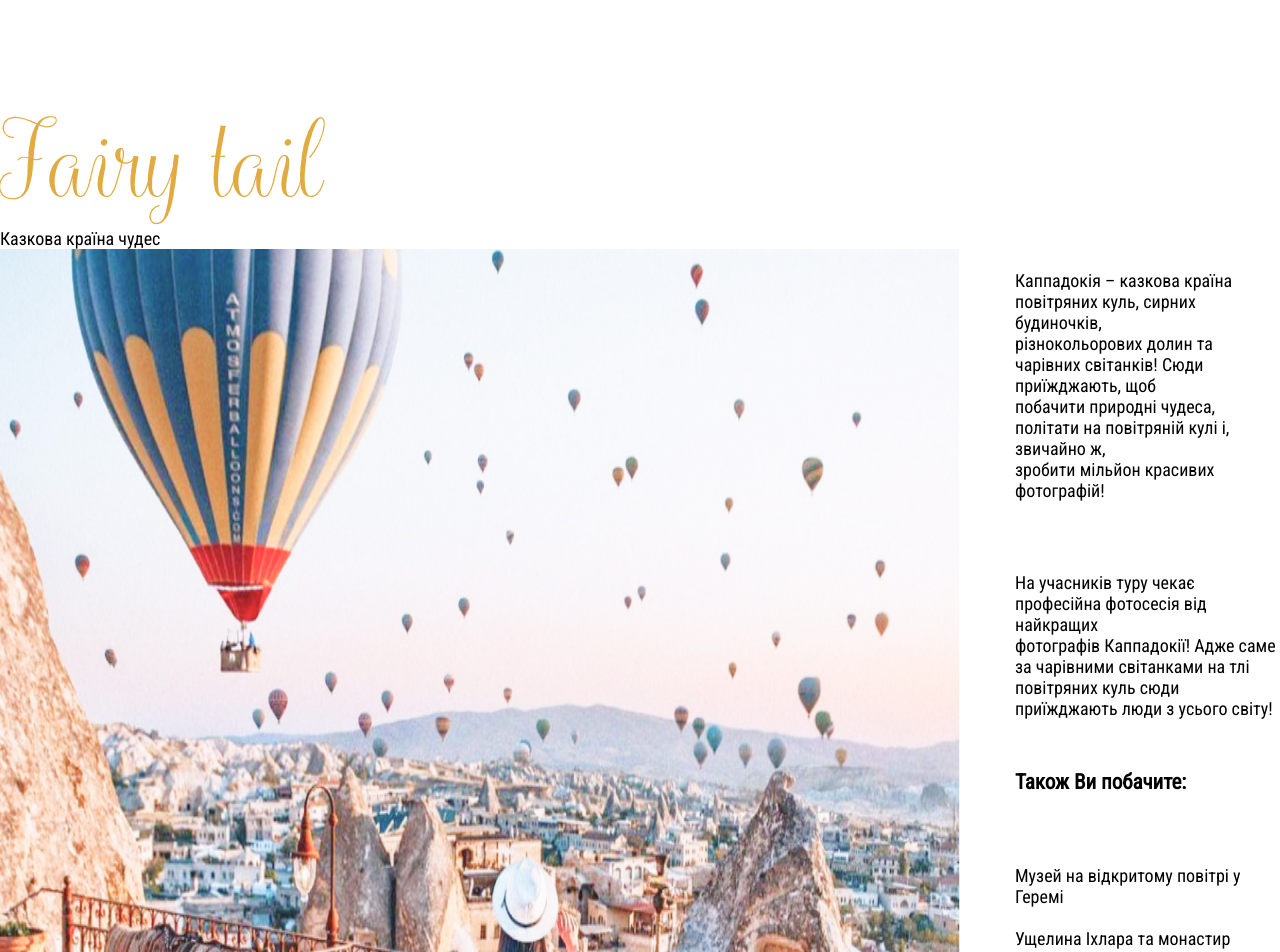
Repository: KYUUBI-K/cappadocia
Page: index.html
These files come from the project's save history. The page is drawn as it stood at one moment and after the next save; the edit follows.
The browser window is 1280 px wide. The pictures show the part of the page from y = 820 to 1772 px (the page is 2163 px tall before and 1913 px after).

Above is the page before, as saved 2025-08-17 19:05:08.

### index.html
<!DOCTYPE html>
<html lang="en">
  <head>
    <meta charset="UTF-8" />
    <meta name="viewport" content="width=device-width, initial-scale=1.0" />
    <title>Cappadocia</title>
    <link rel="stylesheet" href="./styles.css" />
  </head>
  <body>
    <header class="header">
      <nav class="header-menu">
        <ul class="header-menu-list">
          <li class="header-menu-item">
            <a class="header-menu-link" href="#route">Маршрут</a>
          </li>
          <li class="header-menu-item">
            <a class="header-menu-link" href="#hotel">Готель</a>
          </li>
          <li class="header-menu-item">
            <a class="header-menu-link" href="#price">Вартість</a>
          </li>
        </ul>
        <div class="telephone">
          <svg
            class="phone-icon"
            width="30"
            height="30"
            viewBox="0 0 30 30"
            fill="none"
            xmlns="http://www.w3.org/2000/svg"
          >
            <g clip-path="url(#clip0_31_0)">
              <path
                d="M23.7091 18.5839C23.0949 17.9444 22.3541 17.6025 21.569 17.6025C20.7902 17.6025 20.0431 17.9381 19.4036 18.5776L17.4027 20.5721C17.2381 20.4835 17.0735 20.4011 16.9152 20.3188C16.6873 20.2049 16.472 20.0972 16.2884 19.9832C14.4142 18.7929 12.7109 17.2416 11.0774 15.2345C10.2859 14.2341 9.75404 13.3919 9.36781 12.5372C9.88701 12.0623 10.3682 11.5684 10.8368 11.0935C11.0141 10.9162 11.1913 10.7326 11.3686 10.5553C12.6983 9.22568 12.6983 7.50346 11.3686 6.1738L9.64007 4.44525C9.44379 4.24896 9.24117 4.04635 9.05122 3.84373C8.67132 3.45117 8.27242 3.04594 7.86086 2.66604C7.24669 2.05819 6.51221 1.73528 5.73974 1.73528C4.96727 1.73528 4.22013 2.05819 3.58696 2.66604C3.58063 2.67237 3.58063 2.67237 3.5743 2.6787L1.42152 4.85047C0.61106 5.66093 0.148846 6.64868 0.0475384 7.79472C-0.104423 9.64358 0.440104 11.3658 0.857997 12.4928C1.88373 15.2598 3.41601 17.8241 5.70175 20.5721C8.47504 23.8836 11.8118 26.4986 15.6235 28.3411C17.0798 29.0313 19.0237 29.848 21.1954 29.9873C21.3284 29.9937 21.4677 30 21.5943 30C23.057 30 24.2853 29.4745 25.2477 28.4297C25.2541 28.4171 25.2667 28.4107 25.2731 28.3981C25.6023 27.9992 25.9822 27.6383 26.3811 27.252C26.6534 26.9924 26.932 26.7202 27.2042 26.4353C27.8311 25.7831 28.1603 25.0233 28.1603 24.2445C28.1603 23.4594 27.8247 22.7059 27.1852 22.0727L23.7091 18.5839ZM25.9759 25.2512C25.9695 25.2512 25.9695 25.2576 25.9759 25.2512C25.7289 25.5172 25.4757 25.7578 25.2034 26.0237C24.7918 26.4163 24.374 26.8278 23.9814 27.29C23.3419 27.9739 22.5884 28.2968 21.6007 28.2968C21.5057 28.2968 21.4044 28.2968 21.3094 28.2904C19.4289 28.1701 17.6813 27.4357 16.3707 26.8088C12.7869 25.0739 9.64007 22.6109 7.02508 19.4894C4.86597 16.887 3.42234 14.481 2.46625 11.8977C1.8774 10.3211 1.66212 9.09272 1.7571 7.93401C1.82042 7.19321 2.10534 6.57903 2.63087 6.0535L4.78999 3.89439C5.10024 3.60313 5.42949 3.44484 5.75241 3.44484C6.1513 3.44484 6.47422 3.68544 6.67683 3.88806C6.68317 3.89439 6.6895 3.90072 6.69583 3.90705C7.08206 4.26796 7.4493 4.64153 7.83554 5.04043C8.03182 5.24304 8.23443 5.44565 8.43705 5.6546L10.1656 7.38316C10.8368 8.05432 10.8368 8.67482 10.1656 9.34599C9.98198 9.5296 9.8047 9.71322 9.62108 9.89051C9.08921 10.435 8.58268 10.9416 8.03182 11.4354C8.01916 11.4481 8.00649 11.4544 8.00016 11.4671C7.45563 12.0116 7.55694 12.5435 7.67091 12.9044C7.67724 12.9234 7.68358 12.9424 7.68991 12.9614C8.13946 14.0504 8.77263 15.0762 9.73505 16.2982L9.74138 16.3045C11.4889 18.4573 13.3315 20.1352 15.3639 21.4205C15.6235 21.5852 15.8895 21.7181 16.1427 21.8448C16.3707 21.9587 16.586 22.0664 16.7696 22.1804C16.7949 22.193 16.8202 22.212 16.8456 22.2247C17.0608 22.3323 17.2634 22.383 17.4724 22.383C17.9979 22.383 18.3272 22.0537 18.4348 21.9461L20.6003 19.7806C20.8155 19.5654 21.1574 19.3058 21.5563 19.3058C21.9489 19.3058 22.2718 19.5527 22.4681 19.768C22.4744 19.7743 22.4744 19.7743 22.4808 19.7806L25.9695 23.2694C26.6217 23.9152 26.6217 24.5801 25.9759 25.2512Z"
                fill="black"
              />
              <path
                d="M16.2124 7.13621C17.8713 7.41481 19.3782 8.19994 20.5813 9.40296C21.7843 10.606 22.5631 12.1129 22.848 13.7718C22.9176 14.1897 23.2786 14.481 23.6901 14.481C23.7408 14.481 23.7851 14.4747 23.8357 14.4683C24.3043 14.3923 24.6145 13.9491 24.5386 13.4806C24.1966 11.4734 23.2469 9.64357 21.7969 8.19361C20.347 6.74365 18.5171 5.79389 16.51 5.45198C16.0414 5.376 15.6045 5.68625 15.5222 6.14847C15.4399 6.61068 15.7438 7.06023 16.2124 7.13621Z"
                fill="black"
              />
              <path
                d="M29.9654 13.2337C29.4019 9.92851 27.8443 6.92095 25.4509 4.52757C23.0575 2.13418 20.05 0.576584 16.7448 0.0130621C16.2826 -0.0692501 15.8457 0.247335 15.7634 0.70955C15.6874 1.1781 15.9977 1.61498 16.4662 1.6973C19.4168 2.1975 22.1078 3.59681 24.2479 5.73059C26.388 7.87071 27.781 10.5617 28.2812 13.5123C28.3508 13.9302 28.7117 14.2214 29.1233 14.2214C29.1739 14.2214 29.2183 14.2151 29.2689 14.2087C29.7311 14.1391 30.0477 13.6959 29.9654 13.2337Z"
                fill="black"
              />
            </g>
            <defs>
              <clipPath id="clip0_31_0">
                <rect width="30" height="30" fill="white" />
              </clipPath>
            </defs>
          </svg>
          <span class="number-text">+38(066)555-777-6</span>
        </div>
      </nav>
      <div class="main-title">
        <h1 class="main-title-text">Cappadocia</h1>
        <p class="main-subtitle-text">Ексклюзивний тур</p>
      </div>
    </header>

    <section class="about">
      <div class="section-title">
        <h2 class="section-title-text">Fairy tail</h2>
        <p class="section-subtitle-text">Казкова країна чудес</p>
      </div>

      <div class="about-content">
        <img
          src="./images/Rectangle-about.jpg"
          alt="Hot air balloon"
          class="about-img"
        />
        <aside class="about-text">
          <p>
            Каппадокія – казкова країна повітряних куль, сирних будиночків,
            різнокольорових долин та чарівних світанків! Сюди приїжджають, щоб
            побачити природні чудеса, політати на повітряній кулі і, звичайно ж,
            зробити мільйон красивих фотографій!
          </p>
          <p>
            На учасників туру чекає професійна фотосесія від найкращих
            фотографів Каппадокії! Адже саме за чарівними світанками на тлі
            повітряних куль сюди приїжджають люди з усього світу!
          </p>
          <h3>Також Ви побачите:</h3>
          <ul>
            <li>Музей на відкритому повітрі у Геремі</li>
            <li>Ущелина Іхлара та монастир Селіме</li>
            <li>Підземні міста</li>
            <li>Фортеця Учхісар</li>
            <li>Зельве та Пашабаг</li>
          </ul>
          <p>та багато інших визначних пам'яток.</p>
          <p>
            Місцева кухня - один із приводів відвідати Каппадокію, тут є
            ресторани на будь-який бюджет.
          </p>
        </aside>
      </div>
    </section>
  </body>
</html>

### styles.css
@font-face {
  font-family: "Roboto Condensed";
  src: url("./fonts/RobotoCondensed-Light.woff2") format("woff2");
  font-weight: 300;
  font-style: normal;
  font-display: swap;
}

@font-face {
  font-family: "Roboto Condensed";
  src: url("./fonts/RobotoCondensed-Regular.woff2") format("woff2");
  font-weight: 400;
  font-style: normal;
  font-display: swap;
}

@font-face {
  font-family: "Balqis";
  src: url("./fonts/Balqis.woff2") format("woff2");
  font-weight: 400;
  font-style: normal;
  font-display: swap;
}

:root {
  --color-dark: #000000;
  --color-light: #ffffff;
  --color-gray: #e5e5e5;
  --color-orange: #e2ab3f;

  --border: 1px solid var(--color-orange);

  --font-family-base: "Roboto Condensed", sans-serif;
  --font-family-accent: "Balqis", sans-serif;

  --input-height: 50px;
}

li {
  list-style: none;
}
* {
  margin: 0;
  padding: 0;
  box-sizing: border-box;
}
body {
  font-size: 18px;
  font-family: var(--font-family-base);
  background-color: var(--color-light);
  color: var(--color-dark);
}

.header {
  min-height: 100svh;
  position: relative;
  background: url("./images/Rectangle.jpg") no-repeat center center;
  background-size: cover;
  background-position: center;
  text-align: center;
  margin-bottom: 200px;
}

.header-menu {
  display: flex;
  justify-content: space-evenly;
  align-items: center;
  font-family: var(--font-family-base);
  font-size: 24px;
  font-weight: 400;
  padding-top: 72px;
}
.header-menu-list {
  display: flex;
  column-gap: 45px;
}
.header-menu-link {
  text-decoration: none;
  color: inherit;
}
.telephone {
  display: flex;
  align-items: center;
  column-gap: 10px;
}

.main-title {
  display: flex;
  position: absolute;
  top: 50%;
  left: 50%;
  transform: translate(-50%, -50%);
  text-align: center;
  align-items: flex-end;
  flex-direction: column;
}

.main-title-text {
  font-family: var(--font-family-accent);
  font-size: 250px;
  font-weight: 400;
  line-height: 1;
}

.main-subtitle-text {
  font-size: 56px;
  font-weight: 300;
  line-height: 0;
}

@media (max-width: 1040px) {
  .main-title-text {
    font-size: 150px;
  }
  .main-subtitle-text {
    font-size: 46px;
  }
}

@media (max-width: 830px) {
  .header-menu {
    padding-top: 40px;
  }

  .header-menu-list {
    column-gap: 35px;
  }
  .main-title-text {
    font-size: 150px;
  }
  .main-subtitle-text {
    font-size: 36px;
  }
}

@media (max-width: 630px) {
  .header-menu {
    font-size: 18px;
  }
  .header-menu-list {
    column-gap: 20px;
  }
  .telephone {
    column-gap: 5px;
  }
  .phone-icon {
    width: 18px;
    height: 18px;
  }
  .main-title-text {
    font-size: 100px;
  }
  .main-subtitle-text {
    font-size: 26px;
  }
}

@media (max-width: 450px) {
  .header-menu {
    font-size: 15px;
  }
  .header-menu-list {
    column-gap: 15px;
  }
  .telephone {
    column-gap: 3px;
  }
  .phone-icon {
    width: 15px;
    height: 15px;
  }
  .main-title-text {
    font-size: 50px;
  }
  .main-subtitle-text {
    font-size: 15px;
  }
}

.section-title {
  display: flex;
  /* text-align: center; */
  /* align-items: flex-end; */
  flex-direction: column;
}
.section-title-text {
  font-family: var(--font-family-accent);
  font-size: 96px;
  font-weight: 400;
  color: var(--color-orange);
  /* line-height: 1; */
}

.section-subtitle {
  font-size: 24px;
  font-weight: 300;
  /* line-height: 0; */
}

.about-content {
  display: flex;
  column-gap: 55px;
}
.about-text {
  white-space: pre-line;
  display: flex;
  flex-direction: column;
  row-gap: 50px;
}

After the next save:
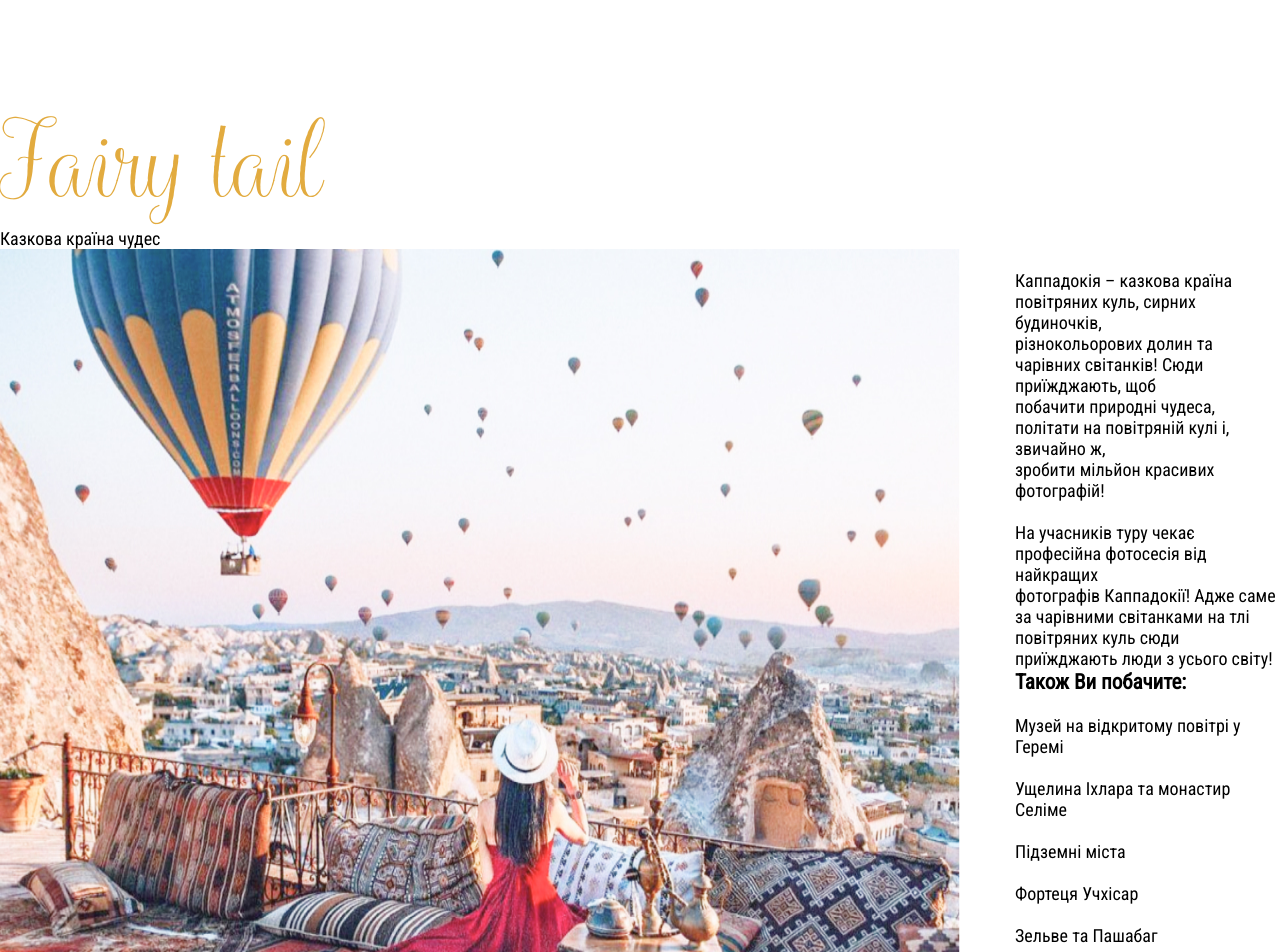
Saved 7 s later.
--- a/styles.css
+++ b/styles.css
@@ -205,5 +205,4 @@
   white-space: pre-line;
   display: flex;
   flex-direction: column;
-  row-gap: 50px;
-}
+}

After the save that followed:
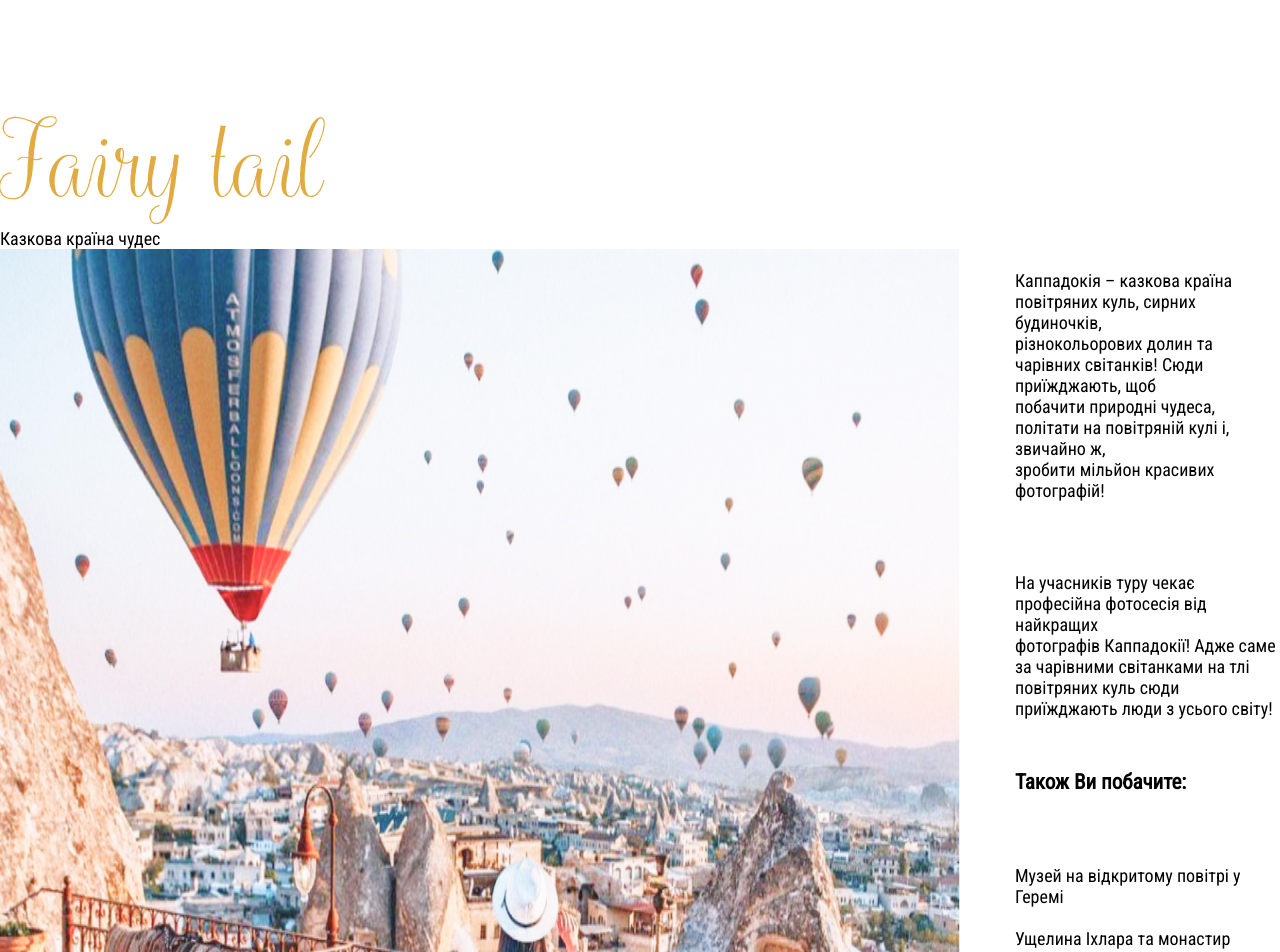
Saved 4 s later.
--- a/styles.css
+++ b/styles.css
@@ -205,4 +205,5 @@
   white-space: pre-line;
   display: flex;
   flex-direction: column;
-}
+  row-gap: 50px;
+}
